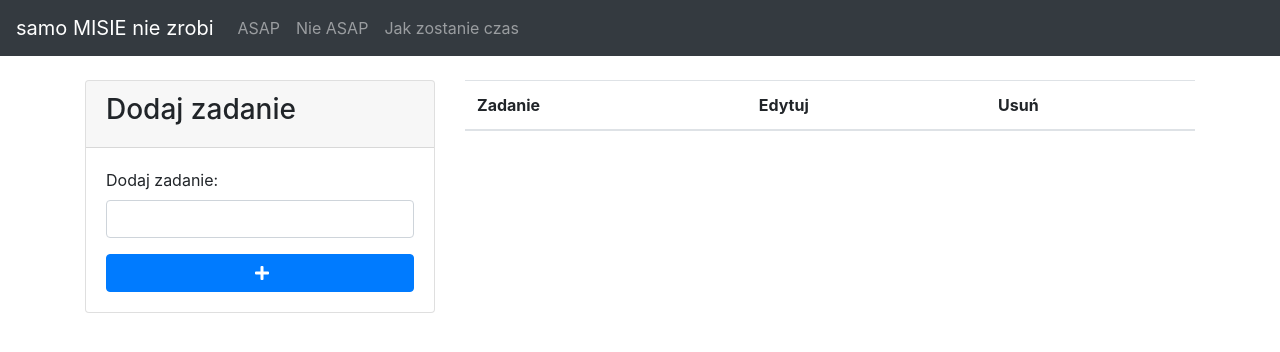
Repository: pcharazinski/JS_EXPRESS---samoMISIEniezrobi
Page: http://localhost/
These files come from the project's save history. The page is drawn as it stood at one moment and after the next save; the edit follows.
The browser window is 1280 px wide. The pictures show the whole page.
Some web libraries are served in a nearby version. The page is served by the project's Node server (app.js). Queries for data that is not in the repository find no rows.

Above is the page before, as saved 2018-12-16 11:58:45.

After the next save:
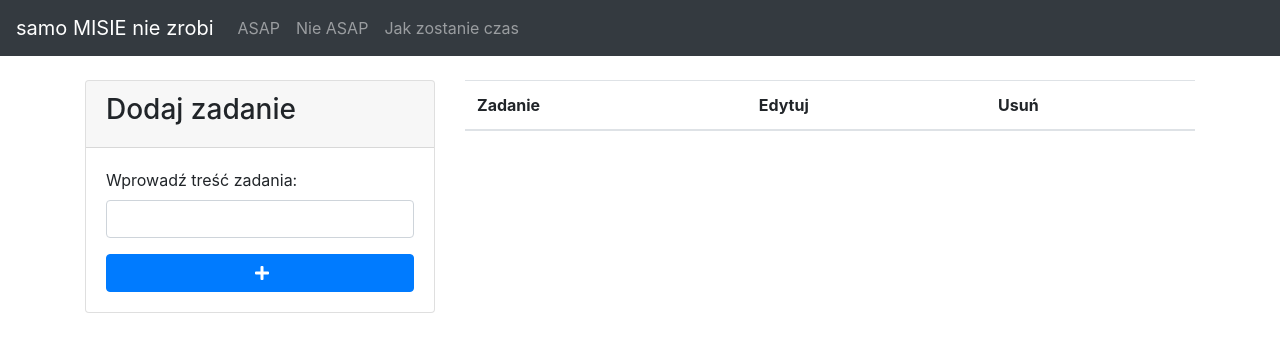
Saved 114 s later.
--- a/views/index.pug
+++ b/views/index.pug
@@ -11,7 +11,7 @@ block content
                 .card-body
                     form(action="/addme", method="POST")
                         .form-group
-                            label(for='labeltodo') Dodaj zadanie:
+                            label(for='labeltodo') Wprowadź treść zadania:
                             input.form-control#labeltodo(type='text', name="title")
                         button(type="submit").btn.btn-primary.btn-block
                             i.fas.fa-plus.pl-1
